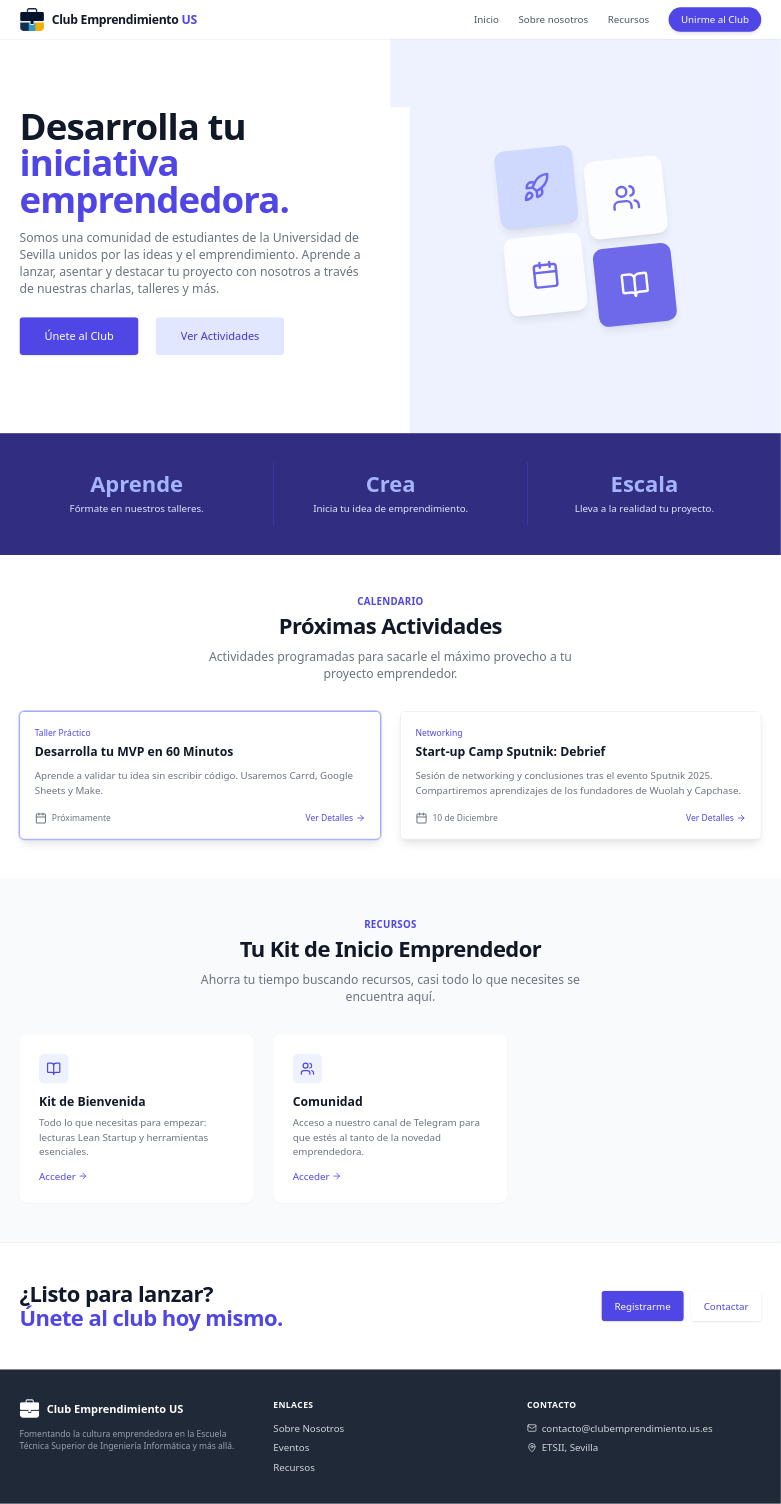
Repository: enerombar/club-emprendimiento-web
Page: /
The author's editor kept a copy of each file at every save. The page is drawn from the files as they stood at one save, then again after the next save.
The browser window is 1280 px wide. The pictures show the whole page, at 61% of full size.
The project was rebuilt for these pictures with package versions that can differ from the ones it lists, and the page was loaded fresh each time. Also part of the build but not shown: vite.config.js.

Above is the page before, as saved 2025-12-08 00:30:46.

### index.html
<!doctype html>
<html lang="en">
  <head>
    <meta charset="UTF-8" />
    <link rel="icon" type="image/svg+xml" href="/vite.svg" />
    <meta name="viewport" content="width=device-width, initial-scale=1.0" />
    <title>club-emprendimiento</title>
  </head>
  <body>
    <div id="root"></div>
    <script type="module" src="/src/main.jsx"></script>
  </body>
</html>

### src/App.jsx
import React, { useState } from 'react';
// He quitado 'Rocket' de la importación porque ya no lo usamos para el logo principal,
// aunque lo dejo importado porque se usa en la sección de "Recursos" y en el fondo decorativo.
import { Rocket, Users, Calendar, BookOpen, ArrowRight, Menu, X, CheckCircle, Mail, MapPin, Clock } from 'lucide-react';

const ClubEmprendimiento = () => {
  const [isMenuOpen, setIsMenuOpen] = useState(false);
  const [selectedEvent, setSelectedEvent] = useState(null);

  // --- (Tus datos de eventos se mantienen igual) ---
  const upcomingEvents = [
    {
      id: 1,
      title: "Desarrolla tu MVP en 60 Minutos",
      date: "Próximamente",
      time: "16:00 - 18:00",
      location: "Aula H1.10, ETSII",
      description: "Aprende a validar tu idea sin escribir código. Usaremos Carrd, Google Sheets y Make.",
      fullDescription: "En este taller práctico intensivo, romperemos el mito de que necesitas meses de programación para lanzar una idea. Aprenderás a construir un flujo de validación completo usando herramientas No-Code. Saldrás del taller con una Landing Page funcional conectada a una base de datos y un sistema de email automático.",
      agenda: [
        "Introducción: La trampa de la sobre-ingeniería",
        "Herramientas: Carrd, Airtable y Make",
        "Live Demo: Construyendo en tiempo real",
        "Estrategias de validación rápida"
      ],
      tag: "Taller Práctico",
      highlight: true
    },
    {
      id: 2,
      title: "Start-up Camp Sputnik: Debrief",
      date: "10 de Diciembre",
      time: "17:30 - 19:00",
      location: "Sala de Juntas, ETSII",
      description: "Sesión de networking y conclusiones tras el evento Sputnik 2025. Compartiremos aprendizajes de los fundadores de Wuolah y Capchase.",
      fullDescription: "Una sesión exclusiva para compartir los 'insights' más potentes extraídos del Start-up Camp de Sputnik. Analizaremos las claves de crecimiento de startups sevillanas como Wuolah y debatiremos sobre las oportunidades actuales en el ecosistema emprendedor.",
      agenda: [
        "Resumen del evento Sputnik 2025",
        "Lecciones aprendidas de Wuolah y Capchase",
        "Networking con pizza y refrescos",
        "Presentación de nuevos proyectos del club"
      ],
      tag: "Networking",
      highlight: false
    }
  ];

  const resources = [
    {
      title: "Kit de Bienvenida",
      desc: "Todo lo que necesitas para empezar: lecturas Lean Startup y herramientas esenciales.",
      icon: <BookOpen className="w-6 h-6 text-indigo-600" />
    },
    {
      title: "Comunidad",
      desc: "Acceso a nuestro canal de Telegram para que estés al tanto de la novedad emprendedora.",
      icon: <Users className="w-6 h-6 text-indigo-600" />
    }
  ];

  const openModal = (event) => {
    setSelectedEvent(event);
    document.body.style.overflow = 'hidden';
  };

  const closeModal = () => {
    setSelectedEvent(null);
    document.body.style.overflow = 'auto';
  };

  return (
    <div className="min-h-screen bg-gray-50 font-sans text-gray-900">

      {/* --- NAVBAR --- */}
      <nav className="bg-white shadow-sm sticky top-0 z-50">
        <div className="max-w-7xl mx-auto px-4 sm:px-6 lg:px-8">
          <div className="flex justify-between h-16">
            <div className="flex items-center">
              <div className="flex-shrink-0 flex items-center gap-3">

                {/* CAMBIO 1: LOGO PRINCIPAL
                   Reemplaza '/logo-club.png' con la ruta real de tu archivo.
                   'object-contain' asegura que no se deforme.
                */}
                <img
                    src="/logo-club.png"
                    alt="Logo Club Emprendimiento"
                    className="h-10 w-auto object-contain"
                />

                <span className="font-bold text-xl tracking-tight">Club Emprendimiento <span className="text-indigo-600">US</span></span>
              </div>
            </div>

            {/* Desktop Menu */}
            <div className="hidden md:flex items-center space-x-8">
              <a href="#inicio" className="text-gray-600 hover:text-indigo-600 transition">Inicio</a>
              <a href="#sobre-nosotros" className="text-gray-600 hover:text-indigo-600 transition">Sobre nosotros</a>
              <a href="#recursos" className="text-gray-600 hover:text-indigo-600 transition">Recursos</a>
              <button className="bg-indigo-600 text-white px-5 py-2 rounded-full font-medium hover:bg-indigo-700 transition shadow-md">
                Unirme al Club
              </button>
            </div>

            {/* Mobile menu button */}
            <div className="md:hidden flex items-center">
              <button onClick={() => setIsMenuOpen(!isMenuOpen)} className="text-gray-600 hover:text-gray-900 focus:outline-none">
                {isMenuOpen ? <X className="h-6 w-6" /> : <Menu className="h-6 w-6" />}
              </button>
            </div>
          </div>
        </div>

        {/* Mobile Menu */}
        {isMenuOpen && (
          <div className="md:hidden bg-white border-t border-gray-100">
            <div className="px-2 pt-2 pb-3 space-y-1 sm:px-3">
              <a href="#inicio" className="block px-3 py-2 rounded-md text-base font-medium text-gray-700 hover:text-indigo-600 hover:bg-gray-50">Inicio</a>
              <a href="#actividades" className="block px-3 py-2 rounded-md text-base font-medium text-gray-700 hover:text-indigo-600 hover:bg-gray-50">Actividades</a>
              <a href="#recursos" className="block px-3 py-2 rounded-md text-base font-medium text-gray-700 hover:text-indigo-600 hover:bg-gray-50">Recursos</a>
              <a href="#" className="block px-3 py-2 rounded-md text-base font-medium text-indigo-600 font-bold">Unirme ahora</a>
            </div>
          </div>
        )}
      </nav>

      {/* --- HERO SECTION --- */}
      <div id="inicio" className="relative bg-white overflow-hidden">
        <div className="max-w-7xl mx-auto">
          <div className="relative z-10 pb-8 bg-white sm:pb-16 md:pb-20 lg:max-w-2xl lg:w-full lg:pb-28 xl:pb-32">
            <main className="mt-10 mx-auto max-w-7xl px-4 sm:mt-12 sm:px-6 md:mt-16 lg:mt-20 lg:px-8 xl:mt-28">
              <div className="sm:text-center lg:text-left">
                <h1 className="text-4xl tracking-tight font-extrabold text-gray-900 sm:text-5xl md:text-6xl">
                  <span className="block xl:inline">Desarrolla tu </span>{' '}
                  <span className="block text-indigo-600 xl:inline">iniciativa emprendedora.</span>
                </h1>
                <p className="mt-3 text-base text-gray-500 sm:mt-5 sm:text-lg sm:max-w-xl sm:mx-auto md:mt-5 md:text-xl lg:mx-0">
                  Somos una comunidad de estudiantes de la Universidad de Sevilla unidos por las ideas y el emprendimiento. Aprende a lanzar, asentar y destacar tu proyecto con nosotros a través de nuestras charlas, talleres y más.
                </p>
                <div className="mt-5 sm:mt-8 sm:flex sm:justify-center lg:justify-start gap-4">
                  <div className="rounded-md shadow">
                    <a href="#" className="w-full flex items-center justify-center px-8 py-3 border border-transparent text-base font-medium rounded-md text-white bg-indigo-600 hover:bg-indigo-700 md:py-4 md:text-lg md:px-10">
                      Únete al Club
                    </a>
                  </div>
                  <div className="mt-3 sm:mt-0 sm:ml-3">
                    <a href="#actividades" className="w-full flex items-center justify-center px-8 py-3 border border-transparent text-base font-medium rounded-md text-indigo-700 bg-indigo-100 hover:bg-indigo-200 md:py-4 md:text-lg md:px-10">
                      Ver Actividades
                    </a>
                  </div>
                </div>
              </div>
            </main>
          </div>
        </div>
        <div className="lg:absolute lg:inset-y-0 lg:right-0 lg:w-1/2 bg-indigo-50 flex items-center justify-center">
            {/* Placeholder visual - Aquí mantengo el cohete porque es decorativo, no es el logo */}
            <div className="relative w-full h-64 sm:h-72 md:h-96 lg:h-full flex items-center justify-center p-10">
                <div className="grid grid-cols-2 gap-4 opacity-80 transform -rotate-6">
                    <div className="w-32 h-32 bg-indigo-200 rounded-2xl flex items-center justify-center shadow-lg"><Rocket className="w-12 h-12 text-indigo-600"/></div>
                    <div className="w-32 h-32 bg-white rounded-2xl flex items-center justify-center shadow-lg mt-8"><Users className="w-12 h-12 text-indigo-600"/></div>
                    <div className="w-32 h-32 bg-white rounded-2xl flex items-center justify-center shadow-lg -mt-8"><Calendar className="w-12 h-12 text-indigo-600"/></div>
                    <div className="w-32 h-32 bg-indigo-600 rounded-2xl flex items-center justify-center shadow-lg"><BookOpen className="w-12 h-12 text-white"/></div>
                </div>
            </div>
        </div>
      </div>

      {/* --- STATS / MANTRA --- */}
      <div className="bg-indigo-900 text-white py-12">
        <div className="max-w-7xl mx-auto px-4 sm:px-6 lg:px-8">
          <div className="grid grid-cols-1 md:grid-cols-3 gap-8 text-center">
            <div className="p-4">
              <div className="text-4xl font-bold text-indigo-300 mb-2">Aprende</div>
              <div className="text-indigo-100">Fórmate en nuestros talleres.</div>
            </div>
            <div className="p-4 border-l-0 md:border-l border-indigo-700">
              <div className="text-4xl font-bold text-indigo-300 mb-2">Crea</div>
              <div className="text-indigo-100">Inicia tu idea de emprendimiento.</div>
            </div>
            <div className="p-4 border-l-0 md:border-l border-indigo-700">
              <div className="text-4xl font-bold text-indigo-300 mb-2">Escala</div>
              <div className="text-indigo-100">Lleva a la realidad tu proyecto.</div>
            </div>
          </div>
        </div>
      </div>

      {/* --- ACTIVIDADES --- */}
      <div id="actividades" className="py-16 bg-white">
        <div className="max-w-7xl mx-auto px-4 sm:px-6 lg:px-8">
          <div className="text-center">
            <h2 className="text-base text-indigo-600 font-semibold tracking-wide uppercase">Calendario</h2>
            <p className="mt-2 text-3xl leading-8 font-extrabold tracking-tight text-gray-900 sm:text-4xl">
              Próximas Actividades
            </p>
            <p className="mt-4 max-w-2xl text-xl text-gray-500 mx-auto">
              Actividades programadas para sacarle el máximo provecho a tu proyecto emprendedor.
            </p>
          </div>

          <div className="mt-12 grid gap-8 md:grid-cols-2 lg:grid-cols-2">
            {upcomingEvents.map((event) => (
              <div
                key={event.id}
                onClick={() => openModal(event)}
                className={`flex flex-col rounded-lg shadow-lg overflow-hidden border cursor-pointer transition-transform hover:scale-105 ${event.highlight ? 'border-indigo-500 ring-2 ring-indigo-200' : 'border-gray-200'}`}
              >
                <div className="flex-1 bg-white p-6 flex flex-col justify-between">
                  <div className="flex-1">
                    <p className="text-sm font-medium text-indigo-600">
                      {event.tag}
                    </p>
                    <div className="block mt-2">
                      <p className="text-xl font-semibold text-gray-900">{event.title}</p>
                      <p className="mt-3 text-base text-gray-500">{event.description}</p>
                    </div>
                  </div>
                  <div className="mt-6 flex items-center justify-between">
                    <div className="flex items-center text-gray-500">
                        <Calendar className="h-5 w-5 mr-2" />
                        <span className="text-sm font-medium">{event.date}</span>
                    </div>
                    <div className="flex items-center text-indigo-600 font-medium text-sm">
                        Ver Detalles <ArrowRight className="ml-1 w-4 h-4" />
                    </div>
                  </div>
                </div>
              </div>
            ))}
          </div>
        </div>
      </div>

      {/* --- MODAL DE DETALLES DEL EVENTO --- */}
      {selectedEvent && (
        <div className="fixed inset-0 z-50 overflow-y-auto" aria-labelledby="modal-title" role="dialog" aria-modal="true">
          <div className="flex items-end justify-center min-h-screen pt-4 px-4 pb-20 text-center sm:block sm:p-0">
            <div
              className="fixed inset-0 bg-gray-500 bg-opacity-75 transition-opacity"
              aria-hidden="true"
              onClick={closeModal}
            ></div>

            <span className="hidden sm:inline-block sm:align-middle sm:h-screen" aria-hidden="true">&#8203;</span>

            <div className="inline-block align-bottom bg-white rounded-lg text-left overflow-hidden shadow-xl transform transition-all sm:my-8 sm:align-middle sm:max-w-lg sm:w-full">
              <div className="bg-white px-4 pt-5 pb-4 sm:p-6 sm:pb-4">
                <div className="sm:flex sm:items-start">
                  <div className="mt-3 text-center sm:mt-0 sm:ml-4 sm:text-left w-full">
                    <div className="flex justify-between items-start">
                        <div>
                            <span className="inline-flex items-center px-2.5 py-0.5 rounded-full text-xs font-medium bg-indigo-100 text-indigo-800 mb-2">
                                {selectedEvent.tag}
                            </span>
                            <h3 className="text-2xl leading-6 font-bold text-gray-900" id="modal-title">
                                {selectedEvent.title}
                            </h3>
                        </div>
                        <button
                            onClick={closeModal}
                            className="bg-white rounded-md text-gray-400 hover:text-gray-500 focus:outline-none"
                        >
                            <X className="h-6 w-6" />
                        </button>
                    </div>

                    <div className="mt-4 bg-gray-50 rounded-lg p-4 grid grid-cols-1 gap-3">
                        <div className="flex items-center text-gray-700">
                            <Calendar className="h-5 w-5 mr-3 text-indigo-600" />
                            <span className="font-medium">{selectedEvent.date}</span>
                        </div>
                        <div className="flex items-center text-gray-700">
                            <Clock className="h-5 w-5 mr-3 text-indigo-600" />
                            <span className="font-medium">{selectedEvent.time}</span>
                        </div>
                        <div className="flex items-center text-gray-700">
                            <MapPin className="h-5 w-5 mr-3 text-indigo-600" />
                            <span className="font-medium">{selectedEvent.location}</span>
                        </div>
                    </div>

                    <div className="mt-4">
                      <h4 className="font-bold text-gray-900 mb-2">Sobre este evento</h4>
                      <p className="text-sm text-gray-600">
                        {selectedEvent.fullDescription}
                      </p>
                    </div>

                    {selectedEvent.agenda && (
                        <div className="mt-4">
                            <h4 className="font-bold text-gray-900 mb-2">Agenda</h4>
                            <ul className="text-sm text-gray-600 space-y-2">
                                {selectedEvent.agenda.map((item, index) => (
                                    <li key={index} className="flex items-start">
                                        <CheckCircle className="h-4 w-4 text-green-500 mr-2 mt-0.5 flex-shrink-0" />
                                        <span>{item}</span>
                                    </li>
                                ))}
                            </ul>
                        </div>
                    )}
                  </div>
                </div>
              </div>
              <div className="bg-gray-50 px-4 py-3 sm:px-6 sm:flex sm:flex-row-reverse">
                <button type="button" className="w-full inline-flex justify-center rounded-md border border-transparent shadow-sm px-4 py-2 bg-indigo-600 text-base font-medium text-white hover:bg-indigo-700 focus:outline-none sm:ml-3 sm:w-auto sm:text-sm">
                  Inscribirme Ahora
                </button>
                <button
                    type="button"
                    className="mt-3 w-full inline-flex justify-center rounded-md border border-gray-300 shadow-sm px-4 py-2 bg-white text-base font-medium text-gray-700 hover:bg-gray-50 focus:outline-none sm:mt-0 sm:ml-3 sm:w-auto sm:text-sm"
                    onClick={closeModal}
                >
                  Cerrar
                </button>
              </div>
            </div>
          </div>
        </div>
      )}

      {/* --- RECURSOS --- */}
      <div id="recursos" className="py-16 bg-gray-50">
        <div className="max-w-7xl mx-auto px-4 sm:px-6 lg:px-8">
          <div className="lg:text-center mb-12">
            <h2 className="text-base text-indigo-600 font-semibold tracking-wide uppercase">Recursos</h2>
            <p className="mt-2 text-3xl leading-8 font-extrabold tracking-tight text-gray-900 sm:text-4xl">
              Tu Kit de Inicio Emprendedor
            </p>
            <p className="mt-4 max-w-2xl text-xl text-gray-500 lg:mx-auto">
              Ahorra tu tiempo buscando recursos, casi todo lo que necesites se encuentra aquí.
            </p>
          </div>

          <div className="grid grid-cols-1 md:grid-cols-3 gap-8">
            {resources.map((item, index) => (
              <div key={index} className="bg-white p-8 rounded-xl shadow-sm hover:shadow-md transition duration-300">
                <div className="bg-indigo-50 w-12 h-12 rounded-lg flex items-center justify-center mb-4">
                  {item.icon}
                </div>
                <h3 className="text-xl font-bold text-gray-900 mb-2">{item.title}</h3>
                <p className="text-gray-500 mb-4">{item.desc}</p>
                <a href="#" className="text-indigo-600 hover:text-indigo-800 font-medium inline-flex items-center">
                  Acceder <ArrowRight className="ml-1 w-4 h-4" />
                </a>
              </div>
            ))}
          </div>
        </div>
      </div>

      {/* --- CTA / FOOTER --- */}
      <div className="bg-white border-t border-gray-200">
        <div className="max-w-7xl mx-auto py-12 px-4 sm:px-6 lg:py-16 lg:px-8 lg:flex lg:items-center lg:justify-between">
          <h2 className="text-3xl font-extrabold tracking-tight text-gray-900 sm:text-4xl">
            <span className="block">¿Listo para lanzar?</span>
            <span className="block text-indigo-600">Únete al club hoy mismo.</span>
          </h2>
          <div className="mt-8 flex lg:mt-0 lg:flex-shrink-0">
            <div className="inline-flex rounded-md shadow">
              <a href="#" className="inline-flex items-center justify-center px-5 py-3 border border-transparent text-base font-medium rounded-md text-white bg-indigo-600 hover:bg-indigo-700">
                Registrarme
              </a>
            </div>
            <div className="ml-3 inline-flex rounded-md shadow">
              <a href="#" className="inline-flex items-center justify-center px-5 py-3 border border-transparent text-base font-medium rounded-md text-indigo-600 bg-white hover:bg-gray-50">
                Contactar
              </a>
            </div>
          </div>
        </div>
      </div>

      <footer className="bg-gray-800 text-gray-300 py-12">
        <div className="max-w-7xl mx-auto px-4 sm:px-6 lg:px-8 grid grid-cols-1 md:grid-cols-3 gap-8">
            <div>
                <div className="flex items-center gap-3 mb-4">
                    {/* CAMBIO 2: LOGO FOOTER
                       Misma lógica, aquí lo ponemos un poco más pequeño (h-8).
                    */}
                    <img
                        src="/logo-club.png"
                        alt="Logo Footer"
                        className="h-8 w-auto object-contain brightness-0 invert"
                        // Nota: 'brightness-0 invert' hace el logo blanco si es negro/color (útil para fondo oscuro)
                        // Si tu logo ya es blanco o tiene colores que se ven bien en oscuro, quita esas clases.
                    />
                    <span className="font-bold text-lg text-white">Club Emprendimiento US</span>
                </div>
                <p className="text-sm text-gray-400">
                    Fomentando la cultura emprendedora en la Escuela Técnica Superior de Ingeniería Informática y más allá.
                </p>
            </div>
            <div>
                <h3 className="text-white font-bold mb-4 uppercase text-sm tracking-wider">Enlaces</h3>
                <ul className="space-y-2">
                    <li><a href="#" className="hover:text-white transition">Sobre Nosotros</a></li>
                    <li><a href="#" className="hover:text-white transition">Eventos</a></li>
                    <li><a href="#" className="hover:text-white transition">Recursos</a></li>
                </ul>
            </div>
            <div>
                <h3 className="text-white font-bold mb-4 uppercase text-sm tracking-wider">Contacto</h3>
                <ul className="space-y-2">
                    <li className="flex items-center gap-2"><Mail className="w-4 h-4" /> contacto@clubemprendimiento.us.es</li>
                    <li className="flex items-center gap-2"><MapPin className="w-4 h-4" /> ETSII, Sevilla</li>
                </ul>
            </div>
        </div>
      </footer>
    </div>
  );
};

export default ClubEmprendimiento;

Loaded but not shown: src/main.jsx (common file); src/index.css (common file); tailwind.config.js (common file)

After the next save:
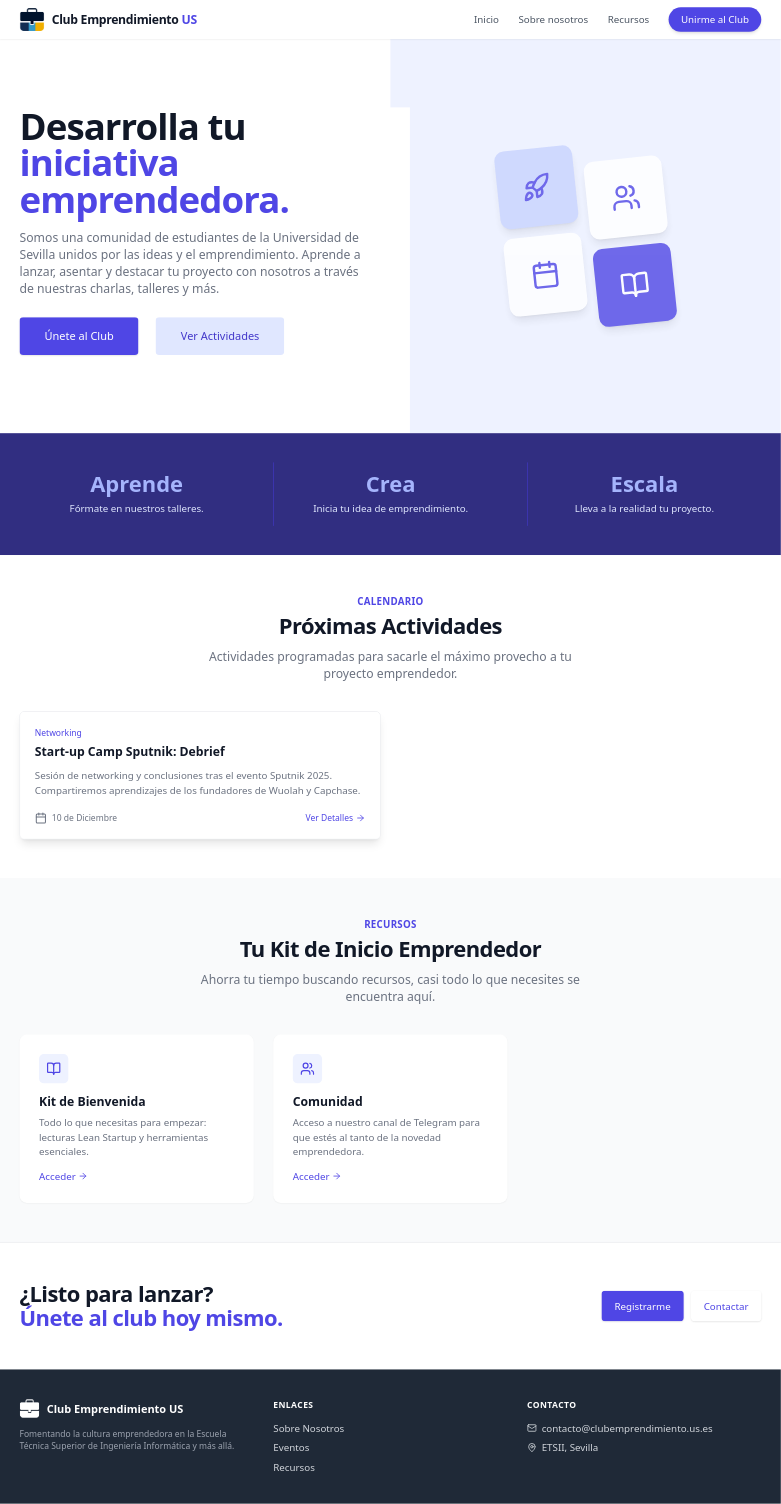
Saved 85 s later.
--- a/src/App.jsx
+++ b/src/App.jsx
@@ -9,23 +9,6 @@ const ClubEmprendimiento = () => {
 
   // --- (Tus datos de eventos se mantienen igual) ---
   const upcomingEvents = [
-    {
-      id: 1,
-      title: "Desarrolla tu MVP en 60 Minutos",
-      date: "Próximamente",
-      time: "16:00 - 18:00",
-      location: "Aula H1.10, ETSII",
-      description: "Aprende a validar tu idea sin escribir código. Usaremos Carrd, Google Sheets y Make.",
-      fullDescription: "En este taller práctico intensivo, romperemos el mito de que necesitas meses de programación para lanzar una idea. Aprenderás a construir un flujo de validación completo usando herramientas No-Code. Saldrás del taller con una Landing Page funcional conectada a una base de datos y un sistema de email automático.",
-      agenda: [
-        "Introducción: La trampa de la sobre-ingeniería",
-        "Herramientas: Carrd, Airtable y Make",
-        "Live Demo: Construyendo en tiempo real",
-        "Estrategias de validación rápida"
-      ],
-      tag: "Taller Práctico",
-      highlight: true
-    },
     {
       id: 2,
       title: "Start-up Camp Sputnik: Debrief",
